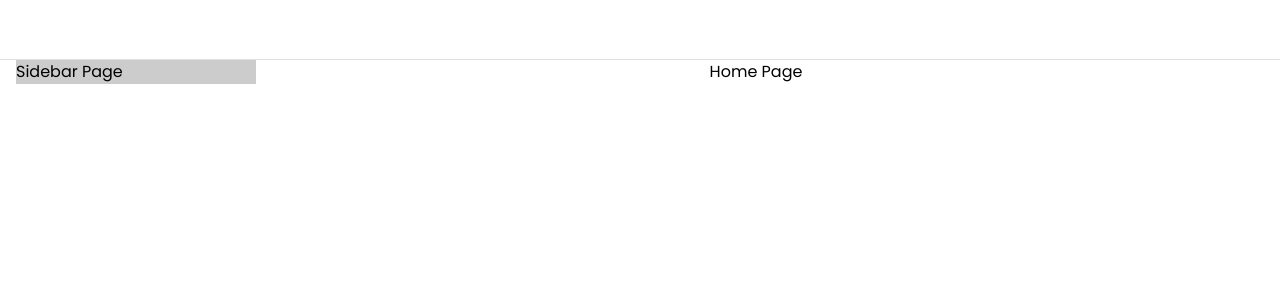
Repository: nvdao03/Tiktok
Page: /
The author's editor kept a copy of each file at every save. The page is drawn from the files as they stood at one save, then again after a run of saves.
The browser window is 1280 px wide. The pictures show the whole page.
The project was rebuilt for these pictures with package versions that can differ from the ones it lists, and the page was loaded fresh each time. Also part of the build but not shown: vite.config.js, src/components/Layout/HeaderOnly/index.jsx, src/pages/Following/index.jsx, src/pages/Profile/index.jsx, src/pages/Upload/index.jsx, src/pages/Search/index.jsx.

Above is the page before, as saved 2025-01-01 14:28:30.

### src/main.jsx
import { StrictMode } from 'react';
import { createRoot } from 'react-dom/client';
import GlobalStyles from './components/GlobalStyles/';
import App from './App.jsx';

createRoot(document.getElementById('root')).render(
  <StrictMode>
    <GlobalStyles>
      <App />
    </GlobalStyles>
  </StrictMode>,
);

### src/App.jsx
import { Fragment } from 'react';
import { BrowserRouter as Router, Routes, Route } from 'react-router-dom';
import { publicRoutes } from './routes';
import { DefaultLayout } from './components/Layout';

function App() {
  return (
    <Router>
      <div className="App">
        <Routes>
          {publicRoutes.map((route, index) => {
            const Pages = route.component;

            // Kiểm tra và check điều kiện để render ra DefaultLayout
            let Layout = DefaultLayout;

            if (route.layout) {
              Layout = route.layout;
            } else if (route.layout === null) {
              Layout = Fragment;
            }

            return (
              <Route
                key={index}
                path={route.path}
                element={
                  <Layout>
                    <Pages />
                  </Layout>
                }
              />
            );
          })}
        </Routes>
      </div>
    </Router>
  );
}

export default App;

### src/components/GlobalStyles/GlobalStyles.scss
// @import 'normalize.css';
@import url('https://fonts.googleapis.com/css2?family=Poppins:ital,wght@0,100;0,200;0,300;0,400;0,500;0,600;0,700;0,800;0,900;1,100;1,200;1,300;1,400;1,500;1,600;1,700;1,800;1,900&display=swap');

html,
body,
div,
span,
applet,
object,
iframe,
h1,
h2,
h3,
h4,
h5,
h6,
p,
blockquote,
pre,
a,
abbr,
acronym,
address,
big,
cite,
code,
del,
dfn,
em,
img,
ins,
kbd,
q,
s,
samp,
small,
strike,
strong,
sub,
sup,
tt,
var,
b,
u,
i,
center,
dl,
dt,
dd,
ol,
ul,
li,
fieldset,
form,
label,
legend,
table,
caption,
tbody,
tfoot,
thead,
tr,
th,
td,
article,
aside,
canvas,
details,
embed,
figure,
figcaption,
footer,
header,
hgroup,
menu,
nav,
output,
ruby,
section,
summary,
time,
mark,
audio,
video {
  margin: 0;
  padding: 0;
  border: 0;
  font-size: 100%;
  font: inherit;
  vertical-align: baseline;
}
/* HTML5 display-role reset for older browsers */
article,
aside,
details,
figcaption,
figure,
footer,
header,
hgroup,
menu,
nav,
section {
  display: block;
}
body {
  line-height: 1;
}
ol,
ul {
  list-style: none;
}
blockquote,
q {
  quotes: none;
}
blockquote:before,
blockquote:after,
q:before,
q:after {
  content: '';
  content: none;
}
table {
  border-collapse: collapse;
  border-spacing: 0;
}

:root {
  --primary: #fe2c55;
}

* {
  box-sizing: border-box;
}

html {
  font-size: 62.5%;
}

body {
  font-family: 'Poppins', serif;
  font-style: normal;

  font-size: 1.6rem;
  line-height: 1.5;
}

### src/routes/index.js
// Layouts
import { HeaderOnly } from '../components/Layout';

// Pages
import HomePage from '../pages/Home';
import FollowingPage from '../pages/Following';
import ProfilePage from '../pages/Profile';
import UploadPage from '../pages/Upload';
import SearchPage from '../pages/Search';

// 1. Các routes ko cần login vẫn xem được
const publicRoutes = [
  { path: '/', component: HomePage },
  { path: '/following', component: FollowingPage },
  { path: '/profile', component: ProfilePage },
  { path: '/upload', component: UploadPage, layout: HeaderOnly }, // Nếu là null thì lấy DefaultLayout và ngược lại nếu có Layout thì phải lấy Layout truyền vào
  { path: '/search', component: SearchPage, layout: null },
];

// 2. Các routes yêu cầu login
const privateRoutes = [];

export { publicRoutes, privateRoutes };

### src/pages/Home/index.jsx
function Home() {
  return <div>Home Page</div>;
}

export default Home;

### src/components/Layout/DefaultLayout/index.jsx
import Sidebar from './Sidebar';
import Header from '../components/Header';
import styles from './DefaultLayout.module.scss';
import classNames from 'classnames/bind';

const cx = classNames.bind(styles);

function DefaultLayout({ children }) {
  return (
    <div className={cx('wrapper')}>
      <Header />
      <div className={cx('container')}>
        <Sidebar />
        <main className={cx('content')}>{children}</main>
      </div>
    </div>
  );
}

export default DefaultLayout;

### src/components/Layout/DefaultLayout/Sidebar/index.jsx
import React from 'react';
import styles from './Sidebar.module.scss';
import classNames from 'classnames/bind';

const cx = classNames.bind(styles);

function Sidebar() {
  return (
    <aside className={cx('wrapper')}>
      <h2>Sidebar Page</h2>
    </aside>
  );
}

export default Sidebar;

### src/components/Layout/components/Header/index.jsx
import React from 'react';
import classNames from 'classnames/bind';
import styles from './Header.module.scss';

// 1. Thằng bind này nó giúp mình bind object style này vào -> và trả ra cái method cx -> dùng cx để làm việc với class thì sẽ viết được dấu gạch -
// 2. Cứ thằng nào là thẻ ôm của 1 component thì cứ đặt tên nó là wrapper
const cx = classNames.bind(styles);

function Header() {
  return (
    <header className={cx('wrapper')}>
      <div className={cx('inner')}></div>
    </header>
  );
}

export default Header;

### src/components/Layout/DefaultLayout/DefaultLayout.module.scss
.wrapper {
  display: flex;
  justify-content: center;
  flex-direction: column;
}

.container {
  display: flex;
  justify-content: space-between;
  flex: 1 1 auto;

  width: 100%;
  max-width: 100%;
  padding-left: 1.6rem;
  padding-right: 2.4rem;

  background-color: rgb(255, 255, 255);
}

.content {
  position: relative;

  display: flex;
  justify-content: center;

  min-width: 42rem;
  margin: 0px auto;

  -webkit-box-pack: center;

  flex: 1 1 auto;
}

### src/components/Layout/DefaultLayout/Sidebar/Sidebar.module.scss
.wrapper {
  background-color: #ccc;
  width: 24rem;
  height: 100%;
}

### src/components/Layout/components/Header/Header.module.scss
.wrapper {
  height: 6rem;

  background: rgb(255, 255, 255);
  border-bottom: 0.1rem solid rgba(0, 0, 0, 0.12);
}

.inner {
  display: flex;
  align-items: center;
  justify-content: space-between;

  height: 100%;
  width: 100%;
  max-width: 100%;
  padding-left: 1.6rem;
  padding-right: 2.4rem;
}

Loaded but not shown: index.html (common file); src/components/GlobalStyles/index.js (common file); src/components/Layout/index.jsx (common file)

After the next 3 saves:
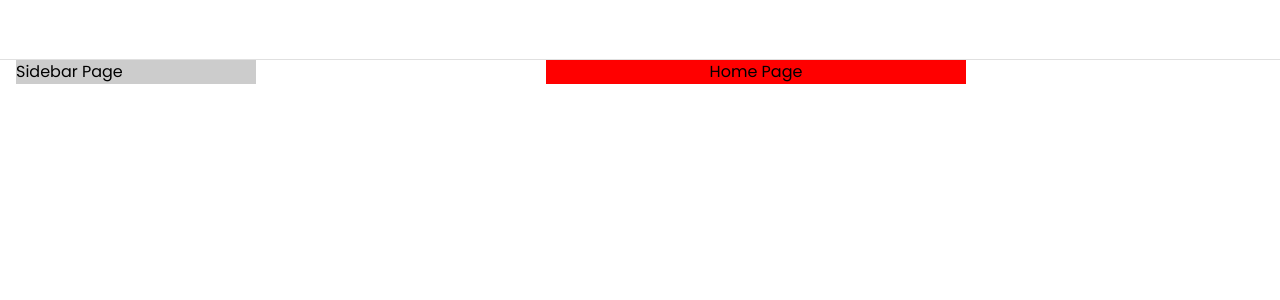
The 3 saves are shown as one change because they came seconds apart.
The last was saved 13 s later.
--- a/src/components/Layout/DefaultLayout/DefaultLayout.module.scss
+++ b/src/components/Layout/DefaultLayout/DefaultLayout.module.scss
@@ -28,5 +28,5 @@
 
   -webkit-box-pack: center;
 
-  flex: 1 1 auto;
+  background-color: red;
 }

After the save that followed:
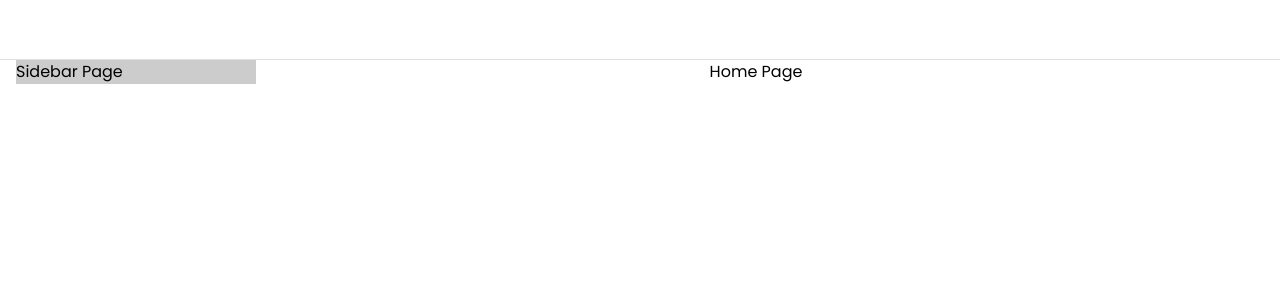
Saved 4 s later.
--- a/src/components/Layout/DefaultLayout/DefaultLayout.module.scss
+++ b/src/components/Layout/DefaultLayout/DefaultLayout.module.scss
@@ -27,6 +27,4 @@
   margin: 0px auto;
 
   -webkit-box-pack: center;
-
-  background-color: red;
 }
